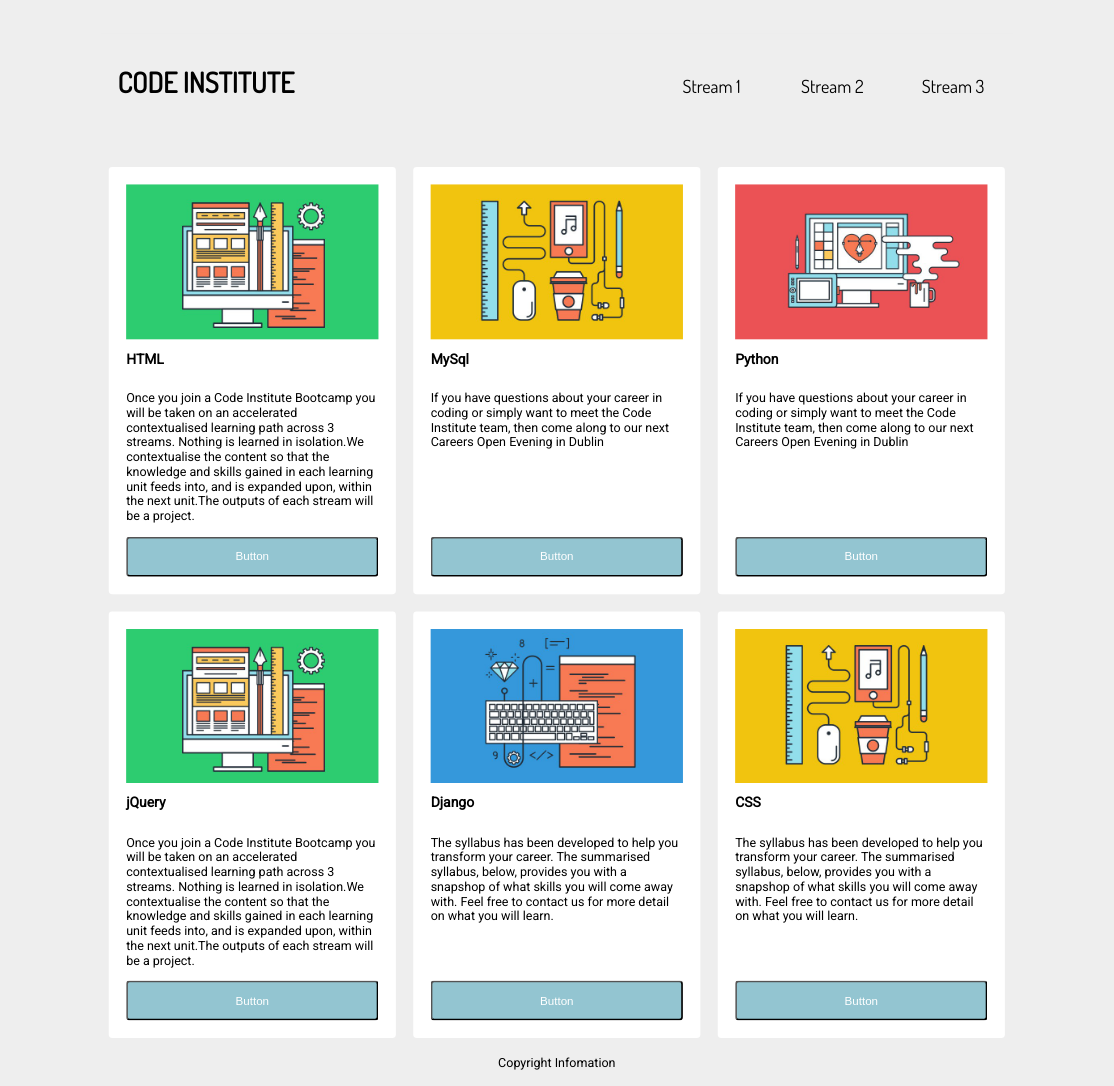
Repository: LivHed/jquery-events
Page: Cards-jquery.html
The author's editor kept a record of every edit. The page is drawn from the files as they stood at one moment, then again after the next edit.
The browser window is 1280 px wide. The pictures show the whole page, at 87% of full size.
After loading, the first visible `#effect_button6` was clicked once.
Some web libraries are served in a nearby version.

Above is the page before.

### Cards-jquery.html
<!doctype html>
<html>
<head>
	<meta charset="utf-8" />
	<meta name="viewport" content="width=device-width, initial-scale=1">
	<title>jQuery</title>
	<link href="css/style.css" rel="stylesheet">
	<link href='https://fonts.googleapis.com/css?family=Roboto' rel='stylesheet' type='text/css'>
	<link href='https://fonts.googleapis.com/css?family=Dosis' rel='stylesheet' type='text/css'>
</head>
<body>
	<div id="container">
		<nav>
			<ul>
				<li id="logoNav">CODE INSTITUTE</li>
				<li id="stream1_btn">Stream 1</li>
				<li id="stream2_btn">Stream 2</li>
				<li id="stream3_btn">Stream 3</li>
			</ul>
		</nav>
		<div class="card stream1">
			<img class="card_image"src="img/3.png">
			<div class="card_bottom">
				<h2 id="hr_html"class="card_head" >HTML</h2>
				<p class="card_para" id="paragraph1">Once you join a Code Institute Bootcamp you will be taken on an accelerated contextualised learning path across 3 streams. Nothing is learned in isolation.We contextualise the content so that the knowledge and skills gained in each learning unit feeds into, and is expanded upon, within the next unit.The outputs of each stream will be a project.
				</p>
				<button class="bottom_button" id="effect_button1">Button</button>
			</div>
		</div>
		<div class="card stream3">
			<img class="card_image "src="img/1.png">
			<h2  id="hr_mysql"class="card_head">MySql</h2>
			<p class="card_para" id="paragraph2">If you have questions about your career in coding or simply want to meet the Code Institute team, then come along to our next Careers Open Evening in Dublin</p>
			<button class="bottom_button" id="effect_button2">Button</button>
		</div>

		<div class="card stream2">
			<img class="card_image "src="img/2.png">
			<h2 id="hr_python" class="card_head">Python</h2>
			<p class="card_para" id="paragraph3">If you have questions about your career in coding or simply want to meet the Code Institute team, then come along to our next Careers Open Evening in Dublin</p>
			<button class="bottom_button" id="effect_button3">Button</button>
		</div>
		<div class="card stream1">
			<img class="card_image"src="img/3.png">
			<div class="card_bottom">
				<h2 id="hr_jquery" class="card_head">jQuery</h2>
				<p class="card_para" id="paragraph4">Once you join a Code Institute Bootcamp you will be taken on an accelerated contextualised learning path across 3 streams. Nothing is learned in isolation.We contextualise the content so that the knowledge and skills gained in each learning unit feeds into, and is expanded upon, within the next unit.The outputs of each stream will be a project. </p>
				<button class="bottom_button" id="effect_button4">Button</button>
			</div>
		</div>
		<div class="card stream3">
			<img class="card_image"src="img/4.png">
			<h2 id="hr_django" class="card_head">Django</h2>
			<p class="card_para" id="paragraph5">The syllabus has been developed to help you transform your career. The summarised syllabus, below, provides you with a snapshop of what skills you will come away with. Feel free to contact us for more detail on what you will learn.</p>
			<button class="bottom_button" id="effect_button5">Button</button>
		</div>
		<div class="card stream1">
			<img class="card_image"src="img/1.png">
			<h2 id="hr_css"class="card_head">CSS</h2>
			<p class="card_para" id="paragraph6">The syllabus has been developed to help you transform your career. The summarised syllabus, below, provides you with a snapshop of what skills you will come away with. Feel free to contact us for more detail on what you will learn.</p>
			<button class="bottom_button" id="effect_button6">Button</button>
		</div>
		<div id="my_footer">
			<p id="copyright">Copyright Infomation</p>
		</div>
	</div>
	<script
	src="https://code.jquery.com/jquery-3.2.1.js"
	integrity="sha256-DZAnKJ/6XZ9si04Hgrsxu/8s717jcIzLy3oi35EouyE="
	crossorigin="anonymous"></script>

	<script src="script.js"></script> <!-- Scripts located at the bottom of the body to insure page is fully loaded before execution -->

</body>
</html>

### style.css
body{
	font-family: 'Roboto', sans-serif;
	/*background-image: url(img/code-institute.jpg);
 	background-size: cover;
 	color: #ffffff;*/
 	background-color: #eee;
}

h1{
	font-size: 3em;
	text-align: center;
}
h2{
	font-size: 1em;
	text-align: left;
}
p{
	font-size: .9rem;
}

div{
	border-radius: 4px;
}

.card_image{
	width: 100%;
}
.bottom_button{
	display: flex;
	box-sizing:border-box;
	border-radius: 4px;
	display: block;
	width: 100%;
	background-color:rgba(129, 187, 201,.85);
	text-align: center;
	padding: 1em .75em;
	text-decoration: none;
	color: #fff;

}

.card_bottom{
	display: flex;
	flex-flow:column;
}
.card_head{
	flex:0;
}
.card_para{
	flex:1 0 auto;
}

#container
{
	display: flex;		/* makes container a flexbox*/
	flex-flow: row wrap; 	/* layout the boxes in rows and wrap them*/
	box-sizing:border-box;
	margin-right:auto;
	margin-left:auto;
	max-width:1050px;
}
#logo{
	width: 800px;
	margin: auto;
}

.card{
	flex:1; /* */
	display: flex;	/* make the contents controllable by flexbox*/
	flex-flow:column;	/* */
	min-width: 240px; /**/
	margin: 10px;
	padding: 20px;
	background-color: #fff;
}
.highlight_stream{
	background-color: #EB5255;
}

#my_footer{
	width:100%;
	text-align: center;
}
#copyright{
	margin-top:10px;
	margin-bottom:10px;

}

/*************************
Navigation

**************************/

nav{
	font-family: roboto;
	background-color: #eee;
	margin: 30px auto;
	width: 100%;
}
ul{
	display: flex;
	justify-content:space-between;
	flex-flow: row;
	/*flex-flow: row-reverse;*/
	/*justify-content:flex-end;*/
	/*justify-content:space-around;*/
	/*align-items:flex-start;*/
	align-items:baseline;
	border-radius: 10px;
	list-style-type: none; /*Remove Bullets*/
	padding: 0;
}
li{
	flex:1;
	height: 30px;
	/*width:10%;*/
	/*border:2px solid #000;*/
	/*background-color: #81BBC9;*/
	/*border-radius: 10px;*/
	font-family: Dosis;
	padding:20px 20px 20px 20px;
	text-align: center;
	font-size: 1.3em;
}

#logoNav{
	flex:6;
	text-align: left;
	font-size: 2em;
	font-weight: bold;
}

.underline{
  text-decoration:underline;
}
.border{
  border: solid 5px #ccc;
}


@media screen and (max-width: 700px){
	ul{
		flex-flow: column;
		align-items:center;
	}
	li{
		font-size: 2em;
	}
}

### script.js
//waits until page is loaded first
$(document).ready(function(){

    //applies colour red to paragraphs when clicked on
    $("p").click(function(){
        $("p").addClass("highlight_text");
    });

    //will add lightblue to h2 elements
    $("h2").hover(function(){
        $("h2").addClass( "h2_color");
    });


    $("#effect_button1").on("click", function() {
 		$("#paragraph1").toggle(1000);
   });
    $("#effect_button2").click(function(){
        $('#paragraph2').toggle('1000');
    });
    $("#effect_button3").click(function(){
        $('#paragraph3').toggle('1000');
    });
    $("#effect_button4").click(function(){
        $('#paragraph4').toggle('1000');
    });
    $("#effect_button5").click(function(){
        $('#paragraph5').toggle('1000');
    });
    $("#effect_button6").click(function(){
        $('#par6').toggle('1000');
    });


    /*
    this will apply larger font size to the active h2 element
    by adding the h2_font_size class but
    not the other h2 elements by removing class h2_font_size from them
    */
    $("#hr_html").hover(function(){
        $("#hr_mysql").removeClass("h2_font_size");
        $("#hr_python").removeClass("h2_font_size");
        $("#hr_jquery").removeClass("h2_font_size");
        $("#hr_django").removeClass("h2_font_size");
        $("#hr_css").removeClass("h2_font_size");
        $("#hr_mysql").removeClass("h2_font_size");
        $("#hr_html").addClass("h2_font_size");
    });

    $("#hr_mysql").hover(function(){
        $("#hr_python").removeClass("h2_font_size");
        $("#hr_jquery").removeClass("h2_font_size");
        $("#hr_django").removeClass("h2_font_size");
        $("#hr_css").removeClass("h2_font_size");
        $("#hr_html").removeClass("h2_font_size");
        $("#hr_mysql").addClass("h2_font_size");
    });

    $("#hr_python").hover(function(){
        $("#hr_mysql").removeClass("h2_font_size");
        $("#hr_jquery").removeClass("h2_font_size");
        $("#hr_django").removeClass("h2_font_size");
        $("#hr_css").removeClass("h2_font_size");
        $("#hr_html").removeClass("h2_font_size");
        $("#hr_python").addClass("h2_font_size");
    });

    $("#hr_jquery").hover(function(){
        $("#hr_mysql").removeClass("h2_font_size");
        $("#hr_python").removeClass("h2_font_size");
        $("#hr_django").removeClass("h2_font_size");
        $("#hr_css").removeClass("h2_font_size");
        $("#hr_html").removeClass("h2_font_size");
        $("#hr_jquery").addClass("h2_font_size");
    });

    $("#hr_django").hover(function(){
        $("#hr_mysql").removeClass("h2_font_size");
        $("#hr_python").removeClass("h2_font_size");
        $("#hr_jquery").removeClass("h2_font_size");
        $("#hr_css").removeClass("h2_font_size");
        $("#hr_html").removeClass("h2_font_size");
        $("#hr_django").addClass("h2_font_size");
    });

    $("#hr_css").hover(function(){
        $("#hr_mysql").removeClass("h2_font_size");
        $("#hr_python").removeClass("h2_font_size");
        $("#hr_jquery").removeClass("h2_font_size");
        $("#hr_django").removeClass("h2_font_size");
        $("#hr_html").removeClass("h2_font_size");
        $("#hr_css").addClass("h2_font_size");
    });

    //applies colour black to body background when mouse enters over buttons
    $(".bottom_button").mouseenter(function(){
        $("body").css( "background-color", "black");
    });

    //applies colour grey to body background when mouse leaves buttons
    $(".bottom_button").mouseleave(function(){
        $("body").css( "background-color", "#eee");
    });
});

After the next edit:
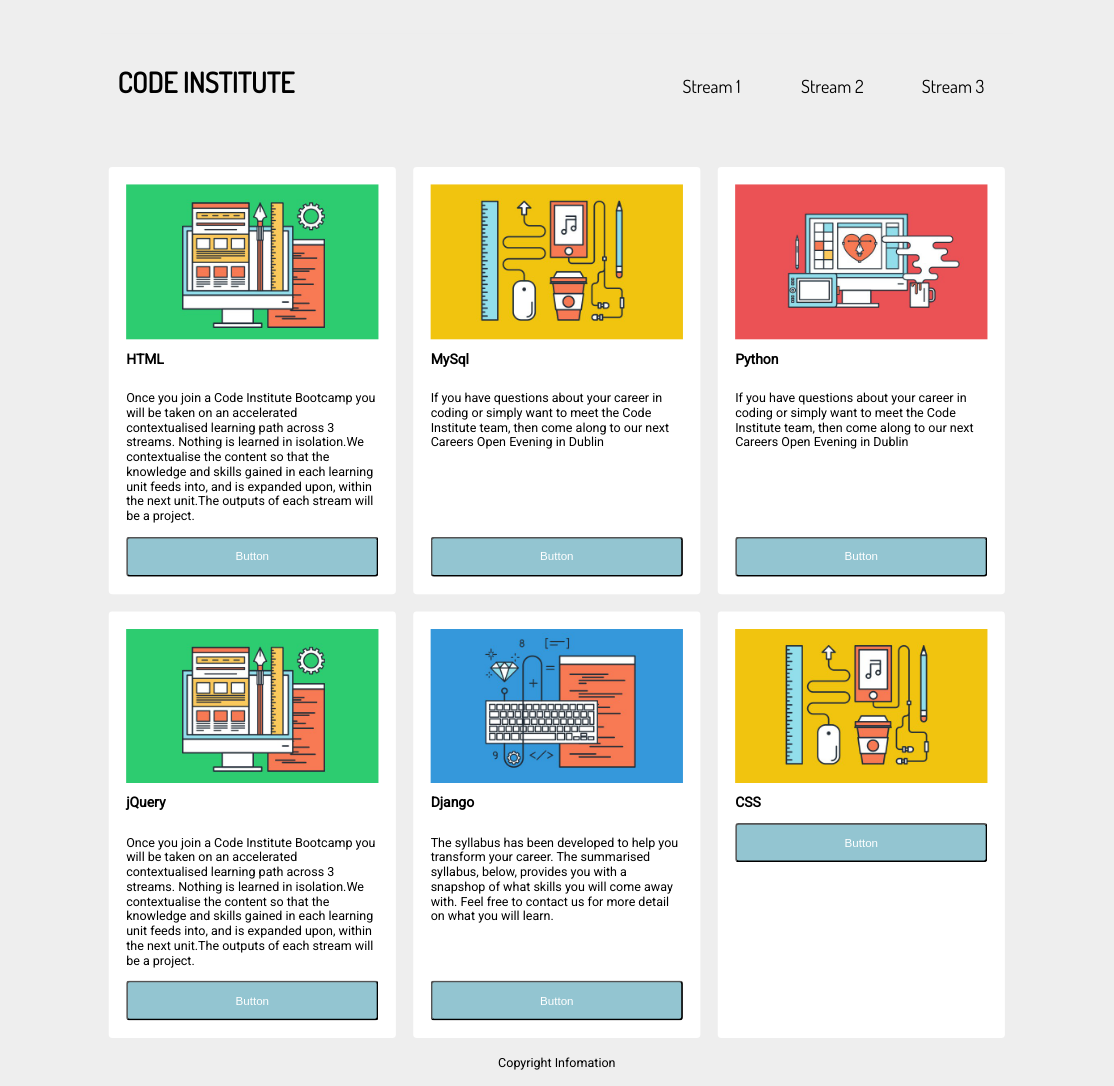
The edit:
--- a/script.js
+++ b/script.js
@@ -28,7 +28,7 @@
         $('#paragraph5').toggle('1000');
     });
     $("#effect_button6").click(function(){
-        $('#par6').toggle('1000');
+        $('#paragraph6').toggle('1000');
     });
 
 
